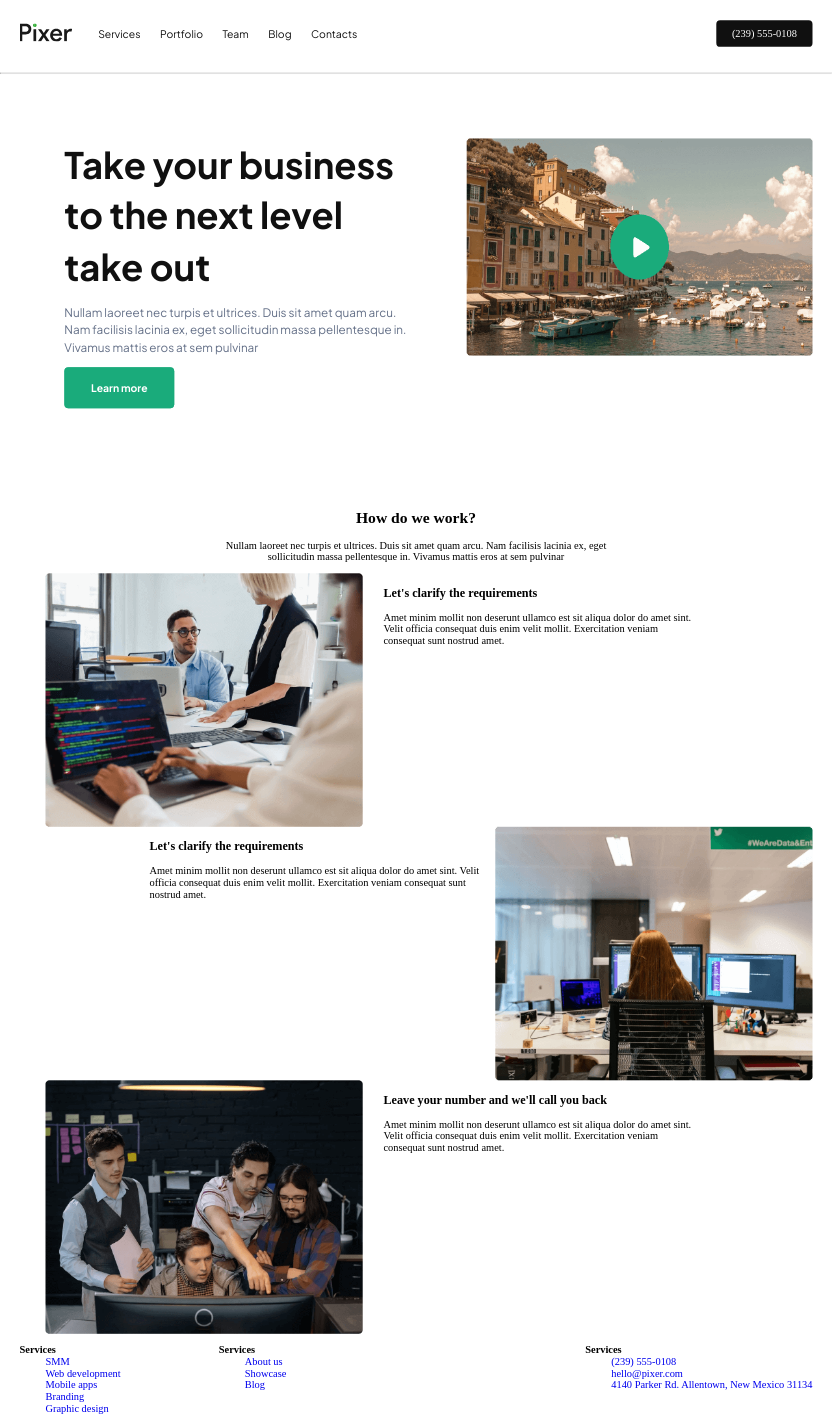
Repository: UlugbekAbdurasulov/pixar
Page: index.html
The author's editor kept a copy of each file at every save. The page is drawn from the files as they stood at one save, then again after the next save.
The browser window is 1280 px wide. The pictures show the whole page, at 65% of full size.

Above is the page before, as saved 2023-06-05 02:23:06.

After the next save:
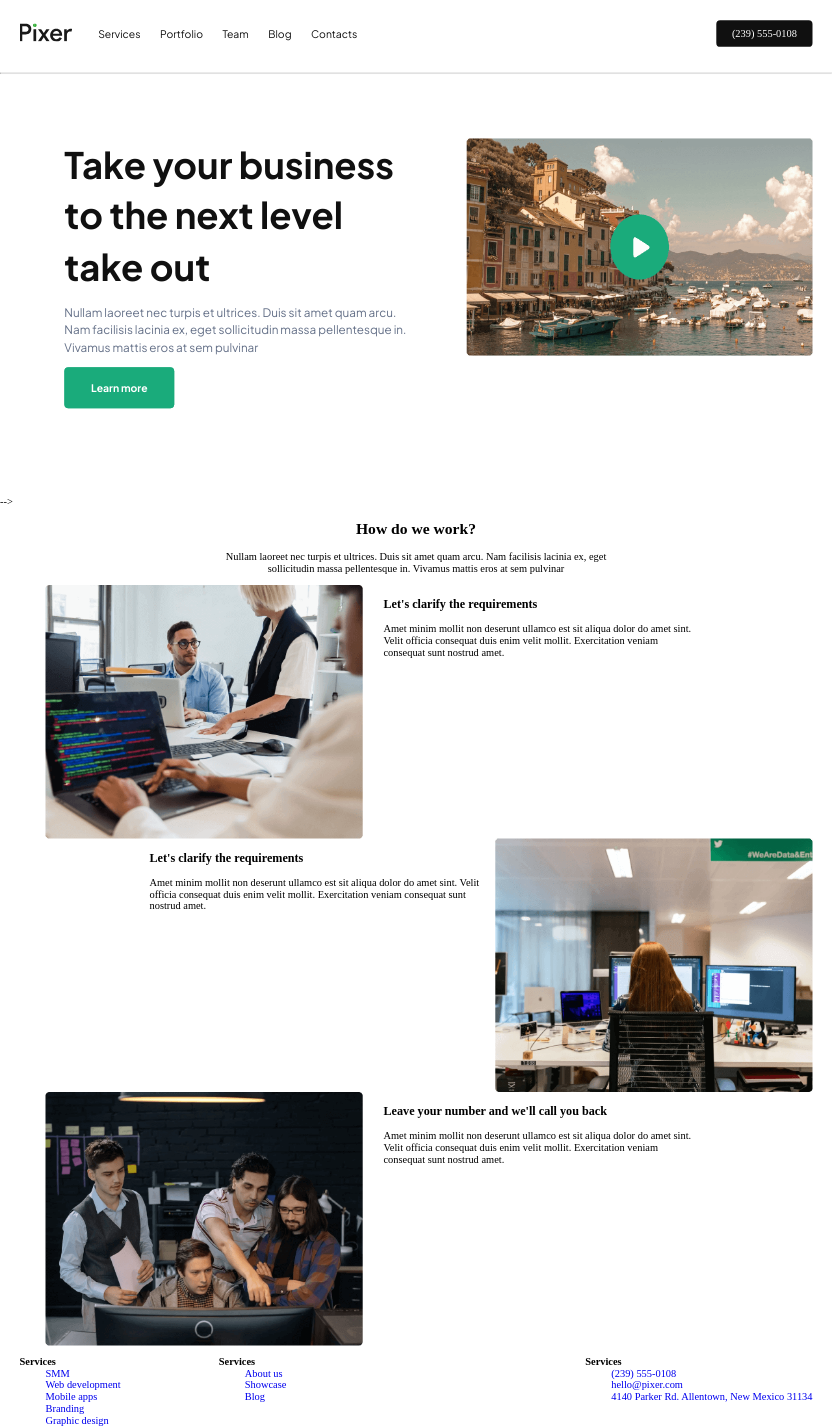
Saved 6 min 1 s later.
--- a/index.html
+++ b/index.html
@@ -67,9 +67,9 @@
             </div>
 </div>
     </menu>
-    <section>
+    <!-- <section>
     <!-- text -->
-    </section>
+    </section> -->
 
 
   <section>

After the save that followed:
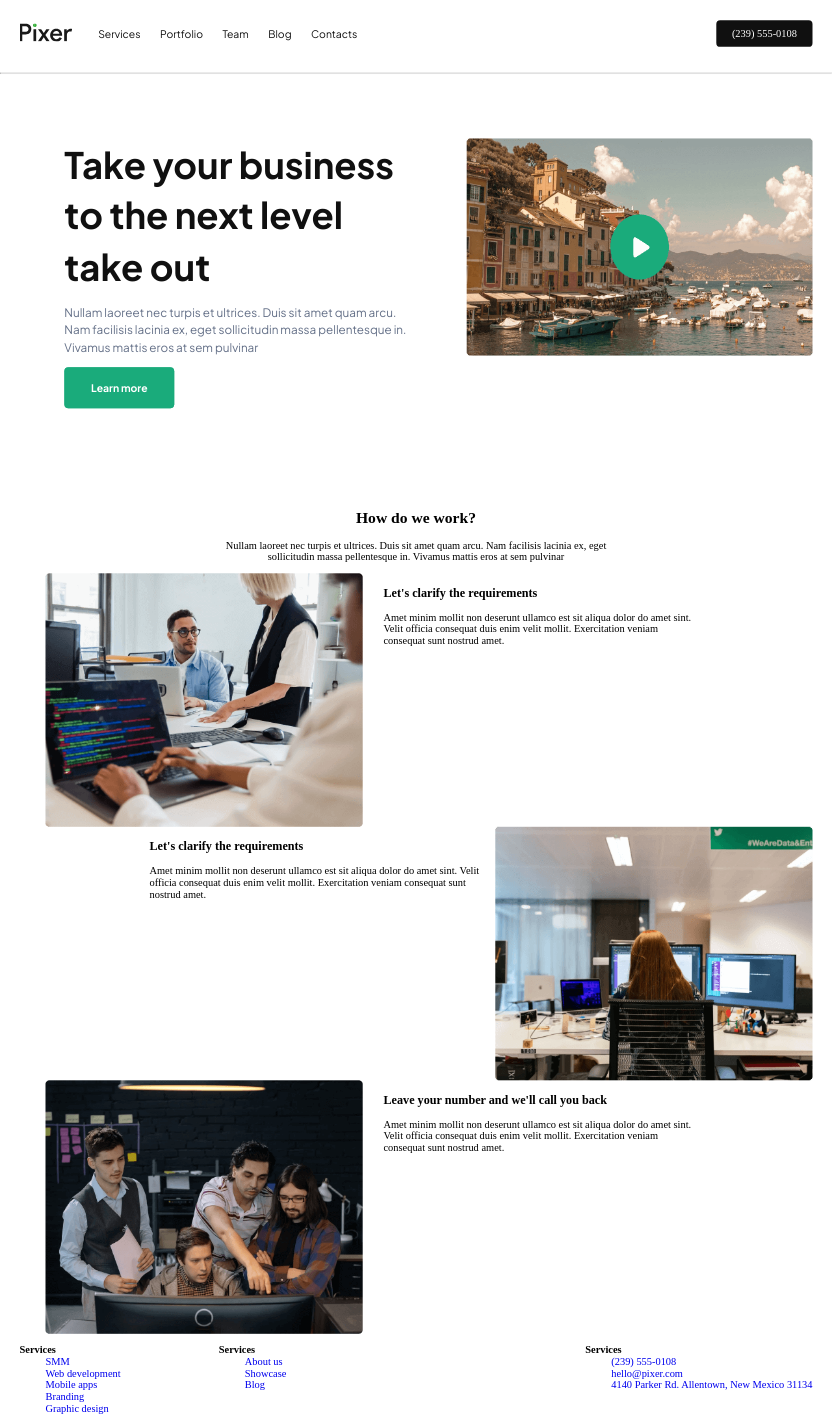
Saved 4 s later.
--- a/index.html
+++ b/index.html
@@ -67,9 +67,6 @@
             </div>
 </div>
     </menu>
-    <!-- <section>
-    <!-- text -->
-    </section> -->
 
 
   <section>
